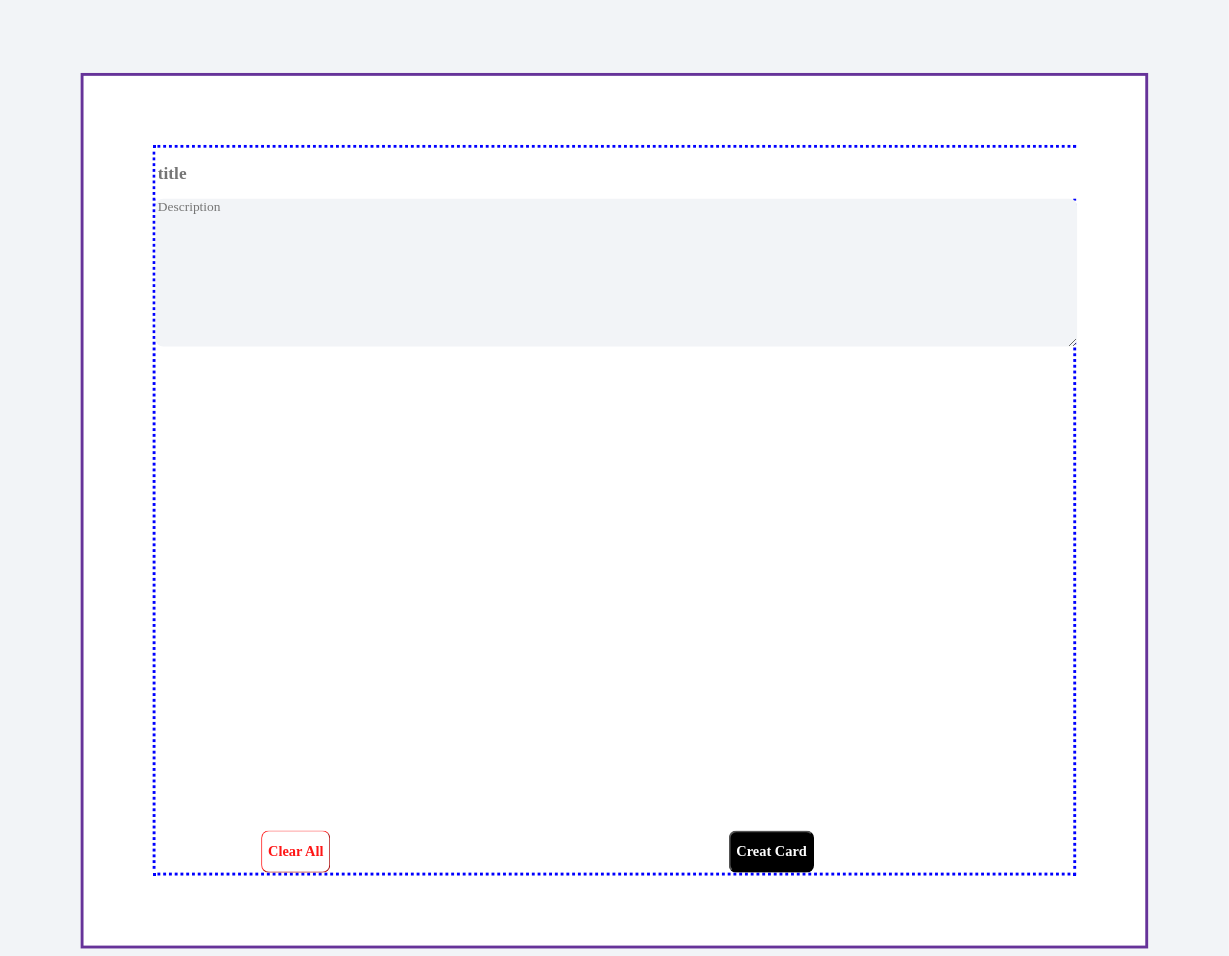
Repository: ReyhanehRahmani/TO-DO
Page: index.html
An editor plug-in stored every save of this project. The page is shown before and after the next save, followed by the edit.
The browser window is 1280 px wide. The pictures show the whole page, at 96% of full size.

Above is the page before, as saved 2025-06-07 22:46:54.

### index.html
<!DOCTYPE html>

<html lang="en">

    <head>

        <meta name="viewport" content="width=device-width, initial-scale=1.0" />

        <title>TO-DO</title>

        <link rel="icon" type="image/jpg" href="favicon.png">

        <link rel="stylesheet" href="style.css">

    </head>
    <body>
        <div id="main-card">
            <div id="content">
                <div >
                <div id="title">
                    <input type="text" id="titlebox" minlength="3" maxlength="30" placeholder="title">
                </div>
                <div id="description">
                    <textarea type="text" id="descriptionbox" maxlength="200" placeholder="Description"></textarea>
                </div>
                </div>

                <div id="buttons">
                    <div id="clear"><button id="clearbut">Clear All</button></div>
                    <div id="creat"><button id="creatbut">Creat Card</button></div>
                </div>
            </div>
        </div>
    </body>

### style.css
body{
    background-color: #F2F4F7;
}



#main-card{
    margin-left: 6%;
    margin-right: 6%;
    margin-top: 6%;
    background-color: #FFFFFF;
    border: solid rebeccapurple;
}

#content{
    margin-right: 6.557377049%;
    margin-left: 6.557377049%;
    margin-top: 6.557377049%;
    margin-bottom: 6.557377049%;
    border: dotted blue;
}

#titlebox{
    font-family: Poppins;
    font-weight: 700;
    font-size: 18px;
    line-height: 150%;
    letter-spacing: -2%;
    border: none;
    width: 100%;
    height: 51px;
}

#descriptionbox{
    border: none;
    width: 100%;
    font-family: 'Poppins';
    font-weight: 500;
    font-size: 14px;
    line-height: 100%;
    letter-spacing: -3%;
    height: 150px;
    border-radius: 8px;
    background: #F2F4F7;

}

#content{
    display: flex;
    flex-direction: column;
    justify-content: space-between;
    gap: 500px;
}

#buttons{
    display: flex;
    justify-content: space-between;
    gap: 12px;


}

#clear{
    width: 30.503144654%;
    text-align: center;
    justify-content: center;
}

#clearbut{
    height: 44px;
    border-radius: 8px;
    border-width: 1.4px;
    border-color: #FF1616;
    background-color: #FFFFFF;
    font-family: 'Poppins';
    font-weight: 700;
    font-size: 15px;
    line-height: 100%;
    letter-spacing: -3%;
    color: #FF1616;
    white-space: nowrap;
}

#creat{
    width: 65.72327044%;
    text-align: center;
    justify-content: center;
}

#creatbut{
    height: 44px;
    border-radius: 8px;
    background: #000000;
    font-family: 'Poppins';
    font-weight: 600;
    font-size: 15px;
    line-height: 100%;
    letter-spacing: -3%;
    color: #FFFFFF;

}

After the next save:
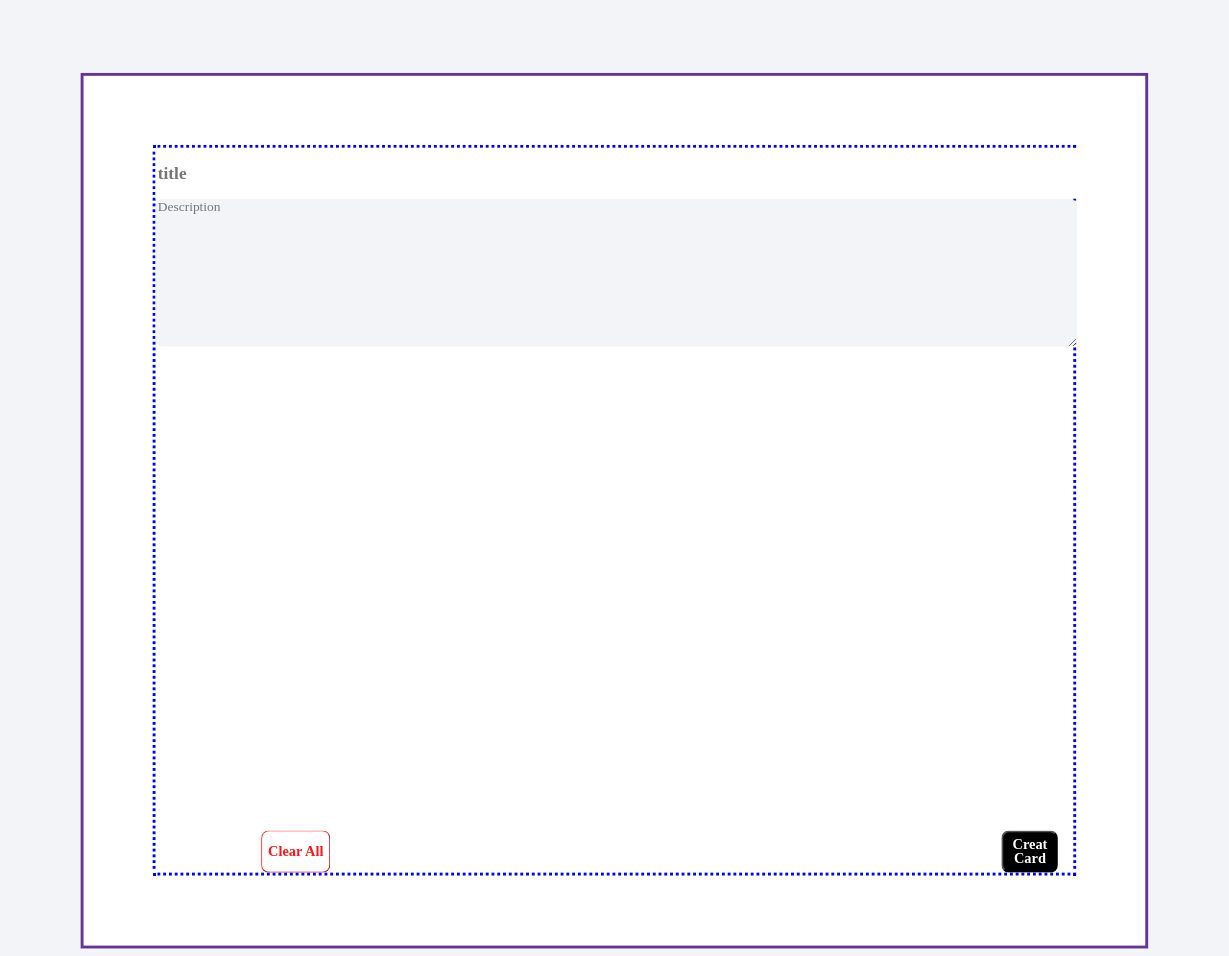
Saved 45 s later.
--- a/style.css
+++ b/style.css
@@ -82,7 +82,6 @@ body{
 }
 
 #creat{
-    width: 65.72327044%;
     text-align: center;
     justify-content: center;
 }
@@ -97,5 +96,6 @@ body{
     line-height: 100%;
     letter-spacing: -3%;
     color: #FFFFFF;
+    width: 65.72327044%;
 
 }
